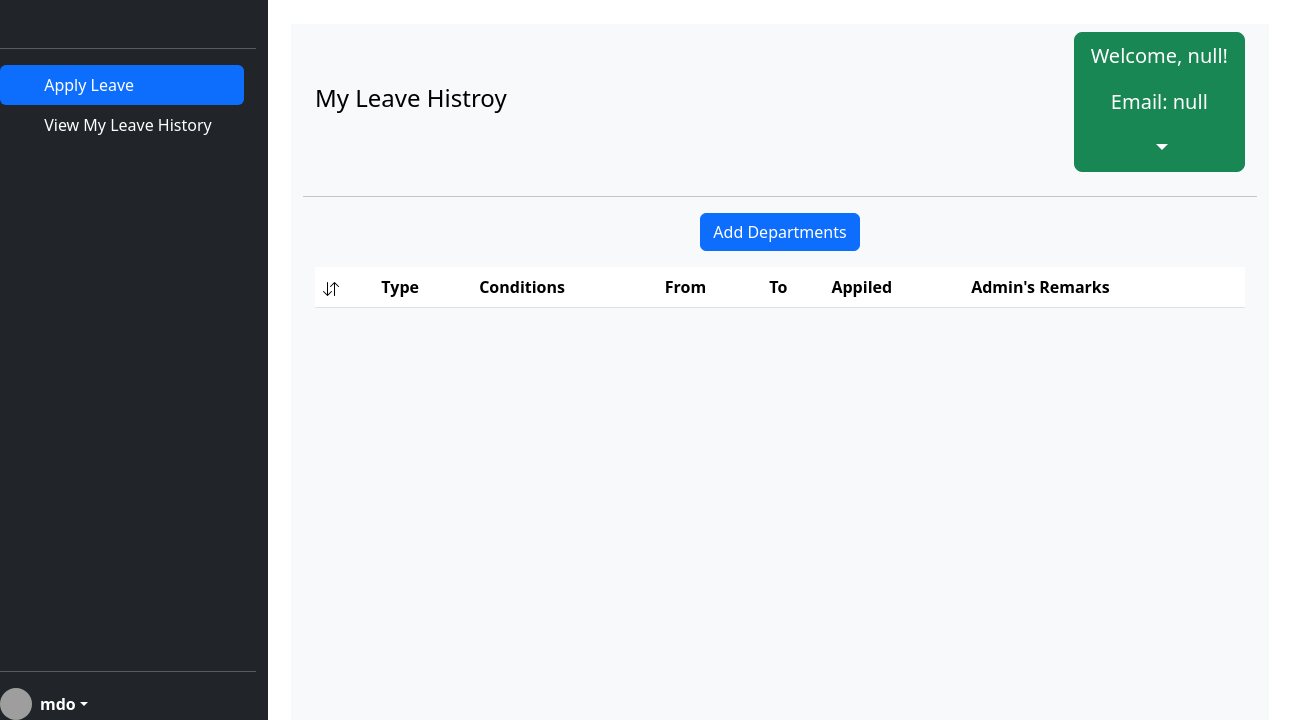
Repository: Ashish4910/Leave-Application-Management
Page: http://localhost/Employee_management/Employee/View_leave_History.jsp
An editor plug-in stored every save of this project. The page is shown before and after the next save, followed by the edit.
The browser window is 1280 px wide. The page is 1292 px wide, so the pictures cover 1292 px, including what lies to the right of the window. The pictures show the whole page.
Pictures or frames that could not be fetched are drawn as grey boxes. The page is served by Tomcat 9. Other server files are loaded and not shown. Queries for data that is not in the repository find no rows.

Above is the page before, as saved 2023-12-02 06:51:57.

### Employee Management Project/Employee_management/src/main/webapp/Employee/View_leave_History.jsp
<!doctype html>
<html lang="en">
<%@ page import="java.sql.*"%>
<%@ page import="javax.servlet.http.HttpSession"%>
<head>
<meta charset="utf-8">
<meta name="viewport" content="width=device-width, initial-scale=1">
<title>Admin Dashboard</title>
<link
	href="https://cdn.jsdelivr.net/npm/bootstrap@5.3.2/dist/css/bootstrap.min.css"
	rel="stylesheet"
	integrity="sha384-T3c6CoIi6uLrA9TneNEoa7RxnatzjcDSCmG1MXxSR1GAsXEV/Dwwykc2MPK8M2HN"
	crossorigin="anonymous">
<link rel="stylesheet"
	href="https://cdnjs.cloudflare.com/ajax/libs/font-awesome/6.2.1/css/all.min.css"
	integrity="sha512-MV7K8+y+gLIBoVD59lQIYicR65iaqukzvf/nwasF0nqhPay5w/9lJmVM2hMDcnK1OnMGCdVK+iQrJ7lzPJQd1w=="
	crossorigin="anonymous" referrerpolicy="no-referrer" />

<style type="text/css">
.full-height-sidebar {
	height: 100vh;
	background-color: #111;
	color: white;
}

.custom-width {
	width: 280px;
}

.btn-wider {
	min-width: 150px; /* Adjust the width as needed */
}
}
</style>

</head>
<body>

	<div class="row">
		<div
			class="d-flex flex-column  text-bg-dark  col-lg-2 full-height-sidebar custom-width ">
			<a href="/"
				class="d-flex align-items-center mb-3 mb-md-0 me-md-auto text-white text-decoration-none">
				<svg class="bi pe-none me-2" width="40" height="32">
				<use xlink:href="#bootstrap"></use></svg> <span class="fs-4"> </span>
			</a>
			<hr>
			<ul class="nav nav-pills flex-column mb-auto container-fluid">
				<li class="nav-item"><a href="Employee_dashboard.jsp"
					class="nav-link active" aria-current="page"> <svg
							class="bi pe-none me-2" width="16" height="16">
						<use xlink:href="#home"></use></svg> Apply Leave
				</a></li>
				<li><a href="View_leave_History.jsp"
					class="nav-link text-white"> <svg class="bi pe-none me-2"
							width="16" height="16">
						<use xlink:href="#table"></use></svg> View My Leave History
				</a></li>


			</ul>
			<hr>
			<div class="dropdown">
				<a href="#"
					class="d-flex align-items-center text-white text-decoration-none dropdown-toggle"
					data-bs-toggle="dropdown" aria-expanded="false"> <img
					src="https://github.com/mdo.png" alt="" width="32" height="32"
					class="rounded-circle me-2"> <strong>mdo</strong>
				</a>
				<ul class="dropdown-menu dropdown-menu-dark text-small shadow">
					<li><a class="dropdown-item" href="#">New project...</a></li>
					<li><a class="dropdown-item" href="#">Settings</a></li>
					<li><a class="dropdown-item" href="#">Profile</a></li>
					<li><hr class="dropdown-divider"></li>
					<li><a class="dropdown-item" href="#">Sign out</a></li>
				</ul>
			</div>
		</div>

		<div class="container col-lg-9 bg-light mt-4 right-content">

			<div class="card-body">
				<nav class="navbar navbar-light bg-light">
					<div class="container-fluid">
						<a class="navbar-brand" href="#"><h4>My Leave Histroy</h4></a> <a
							class="navbar-brand" href="#"> <i
							class="fa-solid fa-arrow-up-arrow-down"></i></a>
						<!-- 	<button type="button" class="btn btn-primary"
							style="hight: 200px; width: 200px">Admin</button> -->

						<%

						HttpSession session1 = request.getSession();
						String email = (String) session1.getAttribute("email");
						String employeeName = (String) session1.getAttribute("firstName");
						%>

						<div class="dropdown nav-item ">
							<a class="btn btn-success dropdown-toggle btn-lg  btn-wider "
								href="#" role="button" data-bs-toggle="dropdown"
								aria-expanded="false">
								<p>
									Welcome,
									<%=employeeName%>!
								</p>
								<p>
									Email:
									<%=email%></p>
							</a>
							<ul class="dropdown-menu">
								<li><a class="dropdown-item" href="#">Log-Out</a></li>

							</ul>
						</div>
					</div>
				</nav>
			</div>
			<!-- ====================================================================================== -->


			<!-- ================================================================================================= -->

			<hr>
			<div class="container">
				<div class="text-center mt-3 mb-3">
					<a href="Add_Departments.jsp" class="btn btn-primary ">Add
						Departments</a>

				</div>
				<table class="table">
					<thead>
						<tr>
							<th scope="col"><img src="../Image/arrow-down-up.svg"></th>
							<th scope="col">Type</th>
							<th scope="col">Conditions</th>
							<th scope="col">From</th>
							<th scope="col">To</th>
							<th scope="col">Appiled</th>
							<th scope="col">Admin's Remarks</th>




						</tr>
						<%
						Connection conn = null;
						PreparedStatement pstmt = null;
						String sql = "SELECT * FROM apply_leave";
						ResultSet rs = null;

						try {
							Class.forName("com.mysql.cj.jdbc.Driver");
							conn = DriverManager.getConnection("jdbc:mysql://localhost:3306/employee_management?user=root&password=root123@");
							pstmt = conn.prepareStatement(sql);
							rs = pstmt.executeQuery();
							while (rs.next()) {
						%>
						<tr>
							<td><%=rs.getString("id")%></td>
							<td><%=rs.getString("leave_type")%></td>
							<td><%=rs.getString("long_text")%></td>
							<td><%=rs.getString("start_date")%></td>
							<td><%=rs.getString("end_date")%></td>
							<td><%=rs.getString("end_date")%></td>
							<td>
								<form action="../Department_Delete" method="post">
									<!-- Hidden input to store the Department_id value -->
									<input type="hidden" name="id"
										value="<%=rs.getString("Department_id")%>">
									<!-- Submit button with the trash icon -->
									<button type="submit" class="btn btn-link">
										<i class="fa-solid fa-trash"></i>
									</button>
									<a
										href="Edit_Department.jsp?id=<%=rs.getString("Department_id")%>"
										class=""><i class="fa-solid fa-pen-to-square"></i></a>
								</form>
							</td>


							<!-- Add more columns as needed -->
						</tr>
						<%
						}
						} catch (Exception e) {
						e.printStackTrace();
						} finally {
						if (rs != null) {
						rs.close();
						}
						if (pstmt != null) {
						pstmt.close();
						}
						if (conn != null) {
						conn.close();
						}
						}
						%>

					</tbody>
				</table>
			</div>
		</div>

		<script
			src="https://cdn.jsdelivr.net/npm/bootstrap@5.3.2/dist/js/bootstrap.bundle.min.js"
			integrity="sha384-C6RzsynM9kWDrMNeT87bh95OGNyZPhcTNXj1NW7RuBCsyN/o0jlpcV8Qyq46cDfL"
			crossorigin="anonymous"></script>
</body>
</html>

### Employee Management Project/Employee_management/src/main/webapp/Image/arrow-down-up.svg
<svg xmlns="http://www.w3.org/2000/svg" width="16" height="16" fill="currentColor" class="bi bi-arrow-down-up" viewBox="0 0 16 16">
  <path fill-rule="evenodd" d="M11.5 15a.5.5 0 0 0 .5-.5V2.707l3.146 3.147a.5.5 0 0 0 .708-.708l-4-4a.5.5 0 0 0-.708 0l-4 4a.5.5 0 1 0 .708.708L11 2.707V14.5a.5.5 0 0 0 .5.5m-7-14a.5.5 0 0 1 .5.5v11.793l3.146-3.147a.5.5 0 0 1 .708.708l-4 4a.5.5 0 0 1-.708 0l-4-4a.5.5 0 0 1 .708-.708L4 13.293V1.5a.5.5 0 0 1 .5-.5"/>
</svg>

After the next save:
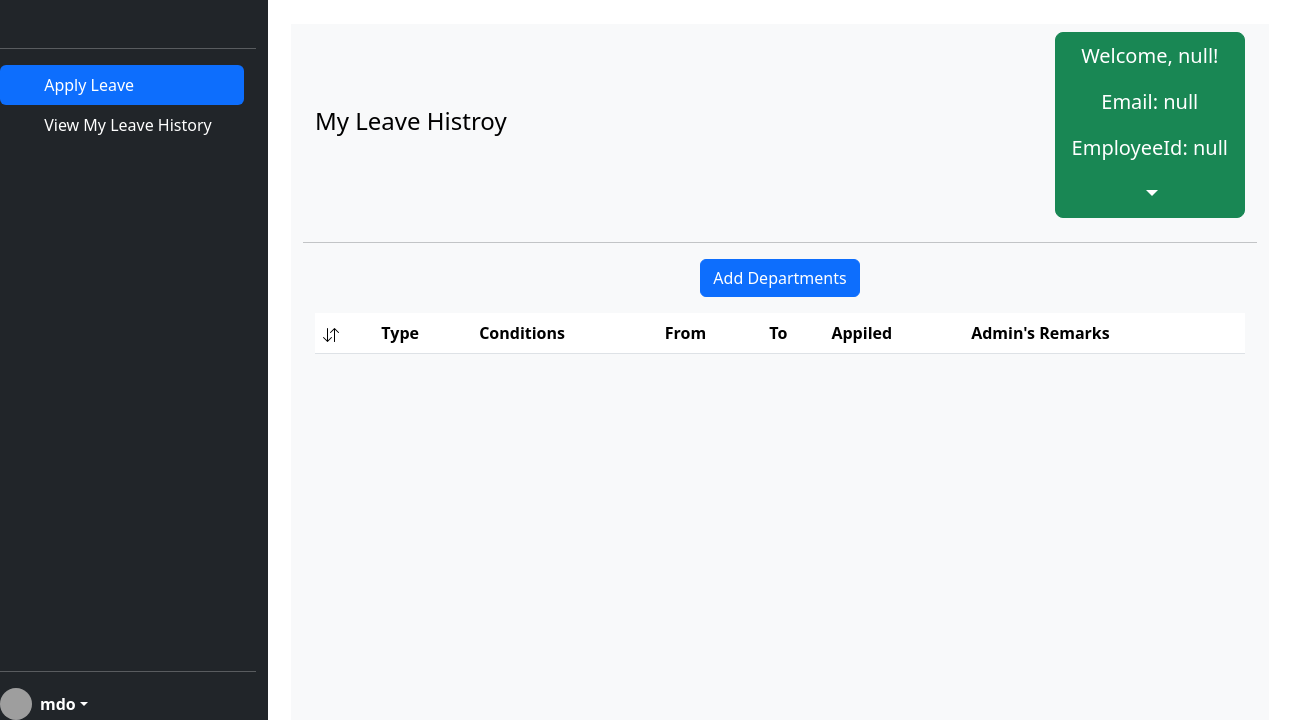
Saved 2 min 6 s later.
--- a/Employee Management Project/Employee_management/src/main/webapp/Employee/View_leave_History.jsp
+++ b/Employee Management Project/Employee_management/src/main/webapp/Employee/View_leave_History.jsp
@@ -93,6 +93,7 @@
 						HttpSession session1 = request.getSession();
 						String email = (String) session1.getAttribute("email");
 						String employeeName = (String) session1.getAttribute("firstName");
+						String employeeId =(String) session1.getAttribute("employeeId");
 						%>
 
 						<div class="dropdown nav-item ">
@@ -106,6 +107,10 @@
 								<p>
 									Email:
 									<%=email%></p>
+
+									<p> EmployeeId:
+									<%=employeeId %>
+									</p>
 							</a>
 							<ul class="dropdown-menu">
 								<li><a class="dropdown-item" href="#">Log-Out</a></li>

After the 2 saves that followed:
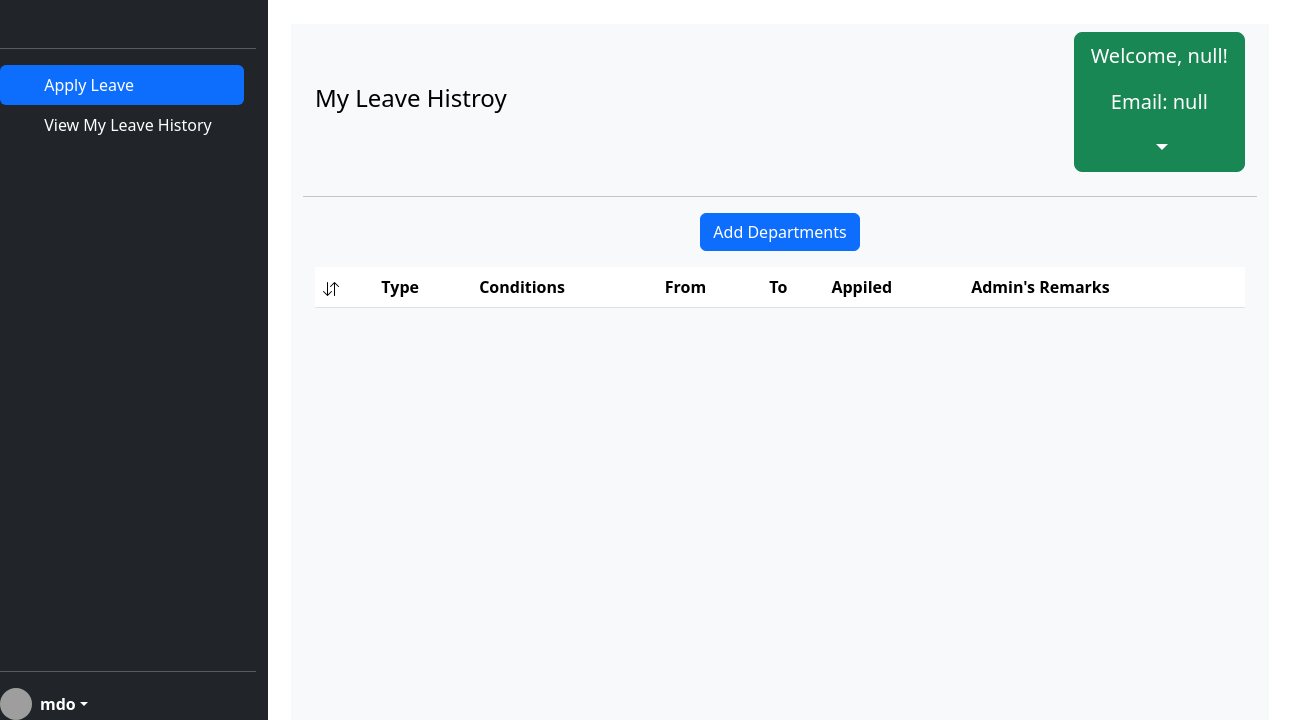
The 2 saves are shown as one change because 1 left the picture as it was.
The last was saved 4 min 0 s later.
--- a/Employee Management Project/Employee_management/src/main/webapp/Employee/View_leave_History.jsp
+++ b/Employee Management Project/Employee_management/src/main/webapp/Employee/View_leave_History.jsp
@@ -90,7 +90,7 @@
 
 						<%
 
-						HttpSession session1 = request.getSession();
+						HttpSession session1 = request.getSession(true);
 						String email = (String) session1.getAttribute("email");
 						String employeeName = (String) session1.getAttribute("firstName");
 						String employeeId =(String) session1.getAttribute("employeeId");
@@ -106,11 +106,11 @@
 								</p>
 								<p>
 									Email:
-									<%=email%></p>
-
-									<p> EmployeeId:
+									<%= employeeId%></p>
+
+									<%-- <p> EmployeeId:
 									<%=employeeId %>
-									</p>
+									</p> --%>
 							</a>
 							<ul class="dropdown-menu">
 								<li><a class="dropdown-item" href="#">Log-Out</a></li>
